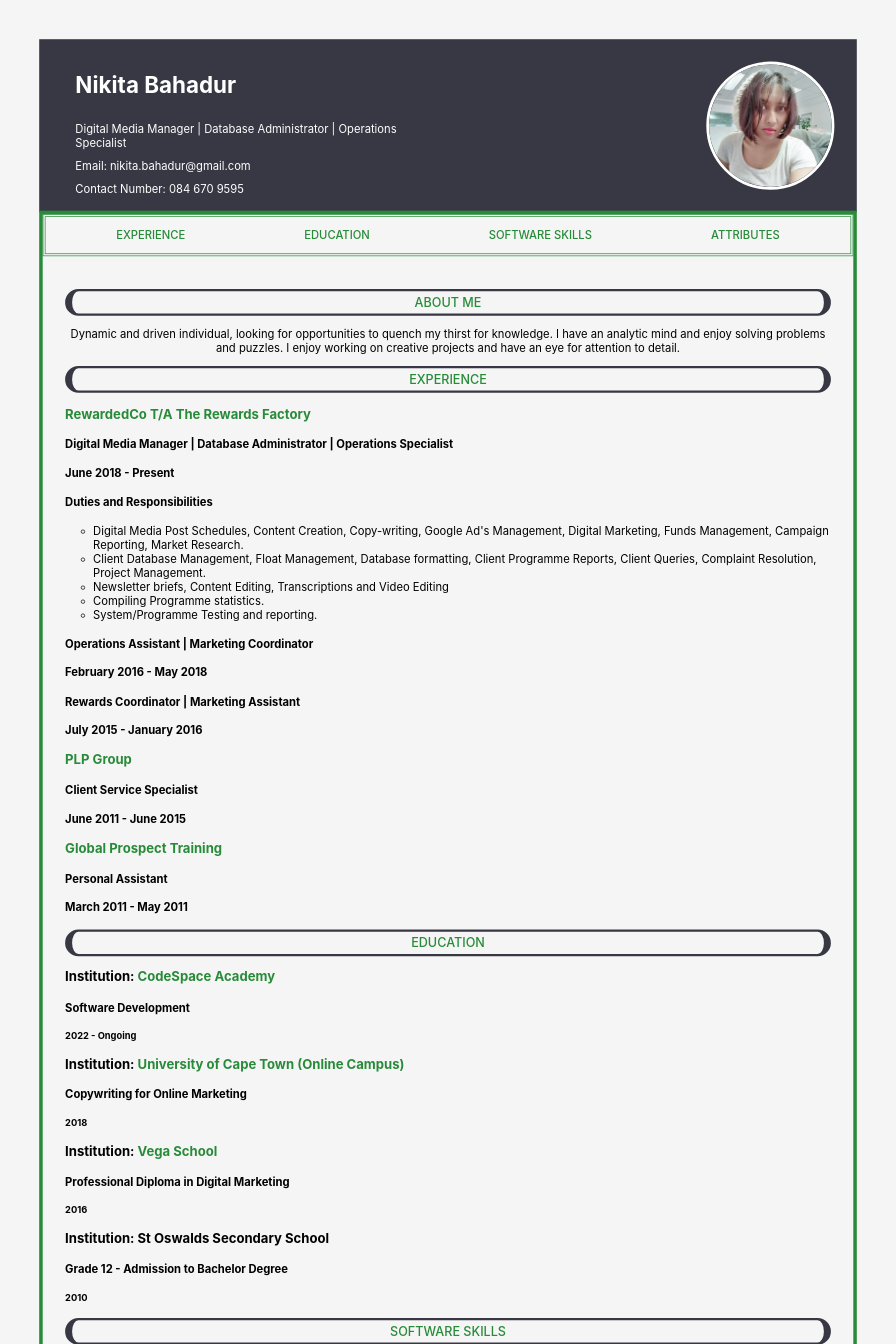
Repository: acidpixie/Resume-Example
Page: index.html
The author's editor kept a copy of each file at every save. The page is drawn from the files as they stood at one save, then again after the next save.
The browser window is 1280 px wide. The pictures show the part of the page from y = 0 to 1920 px (the page is 2664 px tall before and 2681 px after), at 70% of full size.

Above is the page before, as saved 2022-03-03 19:46:27.

### index.html
<!DOCTYPE html>
<html lang="en">
<head>
    <meta charset="UTF-8">
    <meta http-equiv="X-UA-Compatible" content="IE=edge">
    <meta name="viewport" content="width=device-width, initial-scale=1.0">
    <title>Resume 2</title>
    <link rel="stylesheet" type="text/css" href="css/stylesheet.css">
</head>

<header>

    <div class="Box">

    <img src="/images/displaypicture.jpg" alt="profile photo" id="ProfilePicture"></img>

    <ul class="InfoList">
    <li><h1>Nikita Bahadur</h1></li>
    <li>Digital Media Manager | Database Administrator | Operations Specialist</li>
    <li>Email: nikita.bahadur@gmail.com</li>
    <li>Contact Number: 084 670 9595</li>
    </ul>

    </div>

</header>

<body>

<section class="Content">

<div class="Nav">

        <a href="#Experience">Experience</a>
        <a href="#Education">Education</a>
        <a href="#Software">Software Skills</a>
        <a href="#Attributes">Attributes</a>

</div>


<main class="Main">

<h2>About Me</h2>

<p>Dynamic and driven individual, looking for opportunities to quench my thirst for knowledge.
    I have an analytic mind and enjoy solving problems and puzzles.
    I enjoy working on creative projects and have an eye for attention to detail.</p>

<h2 id='Experience'>Experience</h2>
<h3><a href="https://www.therewardsfactory.com/" target="_blank">RewardedCo T/A The Rewards Factory</a></h3>
<h4>Digital Media Manager | Database Administrator | Operations Specialist</h4>
<h4>June 2018 - Present</h4>
<h4>Duties and Responsibilities</h4>

<ul class="Lists">
    <li>Digital Media Post Schedules, Content Creation, Copy-writing, Google Ad's Management, Digital Marketing, Funds Management,
        Campaign Reporting, Market Research.</li>
    <li>Client Database Management, Float Management, Database formatting, Client Programme Reports, Client Queries, Complaint Resolution,
        Project Management.</li>
    <li>Newsletter briefs, Content Editing, Transcriptions and Video Editing</li>
    <li>Compiling Programme statistics.</li>
    <li>System/Programme Testing and reporting.</li>
</ul>

<h4>Operations Assistant | Marketing Coordinator</h4>
<h4>February 2016 - May 2018</h4>

<h4>Rewards Coordinator | Marketing Assistant</h4>
<h4>July 2015 - January 2016</h4>

<h3> <a href="https://www.plp.co.za" target="_blank">PLP Group</a></h3>
<h4>Client Service Specialist</h4>
<h4>June 2011 - June 2015</h4>

<h3> <a href="https://gptrainingsa.com" target="_blank">Global Prospect Training</a></h3>
<h4>Personal Assistant</h4>
<h4>March 2011 - May 2011</h4>

<h2 id="Education">Education</h2>
<h3>Institution: <a href="https://www.codespace.co.za/" target="_blank">CodeSpace Academy</a></h3>
<h4>Software Development</h4>
<h5>2022 - Ongoing</h5>

<h3>Institution: <a href="https://www.getsmarter.com/products/universities/university-of-cape-town" target="_blank">University of Cape Town (Online Campus)</a></h3>
<h4>Copywriting for Online Marketing</h4>
<h5>2018</h5>

<h3>Institution: <a href="https://www.vegaschool.com/" target="_blank">Vega School</a></h3>
<h4>Professional Diploma in Digital Marketing</h4>
<h5>2016</h5>

<h3>Institution: St Oswalds Secondary School</h3>
<h4>Grade 12 - Admission to Bachelor Degree</h4>
<h5>2010</h5>

<h2 id='Software'>Software Skills</h2>
<ul class="Lists">
    <li>Microsoft Office (Word/ Excel/ Powerpoint,etc)</li>
    <li>Adobe CS Suite (Photoshop/ Premiere/ Illustrator)</li>
    <li>Google Ad's/ Google Analytics/ Google Adsence</li>
    <li>Visual Studio Code / Adobe Brackets</li>
    <li>Github</li>
    <li>Slack</li>
</ul>

<h2>Interests</h2>
<ul class="Lists">
    <li>Image Editing and Graphics Design</li>
    <li>Writing Short Stories/ Poetry</li>
    <li>Reading (Fantasy/ Sci-Fi)</li>
    <li>Cosplay and Kpop</li>
    <li>Movies, Music and Gaming</li>
</ul>

<h2 id='Attributes'>Attributes</h2>
<ul class="Lists">
    <li>Strong written and verbal communication</li>
    <li>Conflict Resolution</li>
    <li>Innovative Thinker</li>
    <li>Team Player</li>
    <li>Self Motivated</li>
    <li>Dedicated</li>
    <li>Independent</li>
</ul>
</body>

</main>

</section>

<footer>
<a href="https://www.linkedin.com/in/nikita-bahadur-34b079a5/" target="_blank"><img src="/images/Linkedin.png" alt="linkedin" class="Icons"></img></a>
<a href="https://entropyensued.wordpress.com/" target="_blank"><img src="/images/blog.png" alt="blog" class="Icons"></img></a>

</footer>

</html>

### css/stylesheet.css
* { box-sizing: content-box;}

body{
    font-family: -apple-system, BlinkMacSystemFont, 'Segoe UI', Roboto, Oxygen, Ubuntu, Cantarell, 'Open Sans', 'Helvetica Neue', sans-serif;
    font: size 100px;
    background-color: whitesmoke;
    display: flex;
    flex-direction: column;
  }

  header {
    margin: 3rem;
    margin-bottom: -50px;
    background-color:#383844;
    color: #ffffff;
  }

  header a{
    color: #288b39;
  }

  footer {
    background-color: #383844;
    margin: 3rem;
    margin-top: -50px;
    display: flex;
    flex-direction: row-reverse;
  }

  /* styling navigation menu */
  .Nav {
    font-size: medium;
    font-weight: 500;
    font-stretch: 3rem;
    display: flex;
    justify-content: space-around;
    flex-basis: auto;
    padding: 1rem;
    border: 4px double #288b39;
    border-width: auto;
  }

  .Nav a {
    color: #288b39;
  }

  .Main {
    margin: 1rem;
    padding: 1rem;
  }

  p {
    text-align: center;
  }


  h2 {
    border-style: solid;
    border-width: 3px;
    border-left-width: 10px;
    border-right-width: 10px;
    border-color: #383844;
    border-radius: 30px 30px 30px 30px;
    text-align: center;
  }

  h2 {
    padding: 0.5% 0 0.5% 0;
    color: #288b39;
    font-size: large;
    font-weight: 500;
    text-transform: uppercase;
  }

  h3 a{
    text-decoration: none;
    color: #288b39;
  }


  .Icons {
    display: flex;
    width: 40px;
    margin: 40px;
    height: auto;
  }

.Box {
  display: flex;
  justify-content:space-between;
  flex-direction: row-reverse;
  }

.InfoList {
  margin: 1% 30% 1% 1%;
  list-style-type: none;
  display: flex;
  flex-direction: column;
  align-items: flex-start;
  text-align: left;
  justify-content: space-evenly;
  }

#ProfilePicture {
  display: flex;
  width: 15%;
  height: 15%;
  border-radius: 50%;
  border: 4px solid white;
  margin: 2rem;
}

.Content {
  margin: 3rem;
  border: 5px solid #288b39;
}

.Nav a{
  text-decoration: none;
  text-transform: uppercase;
}

.Lists {
  list-style-type: circle;
}

After the next save:
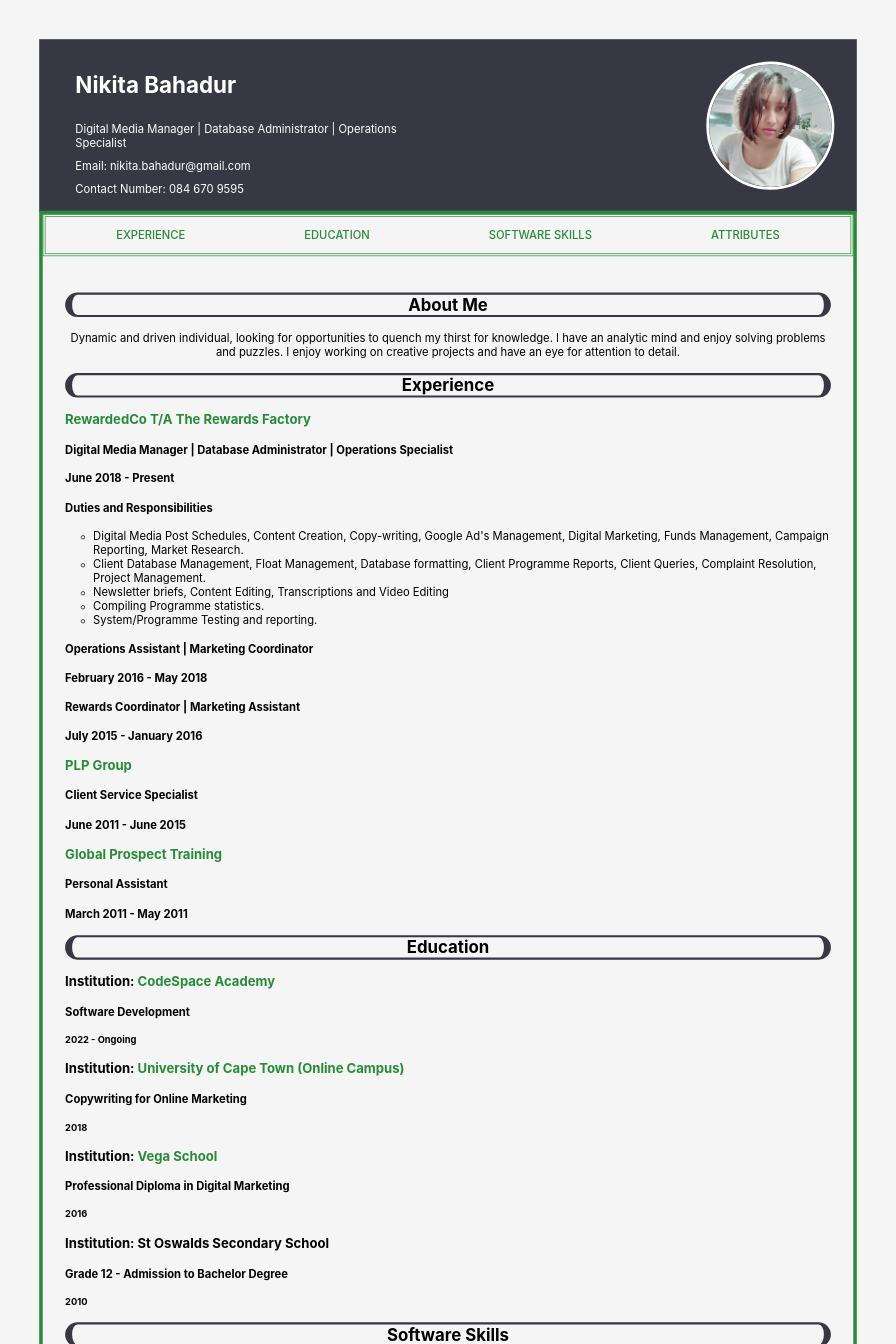
Saved 76 s later.
--- a/css/stylesheet.css
+++ b/css/stylesheet.css
@@ -40,6 +40,7 @@
     border-width: auto;
   }
 
+  /* styling link tags in navigation menu */
   .Nav a {
     color: #288b39;
   }
@@ -64,13 +65,7 @@
     text-align: center;
   }
 
-  h2 {
-    padding: 0.5% 0 0.5% 0;
-    color: #288b39;
-    font-size: large;
-    font-weight: 500;
-    text-transform: uppercase;
-  }
+
 
   h3 a{
     text-decoration: none;

After the save that followed:
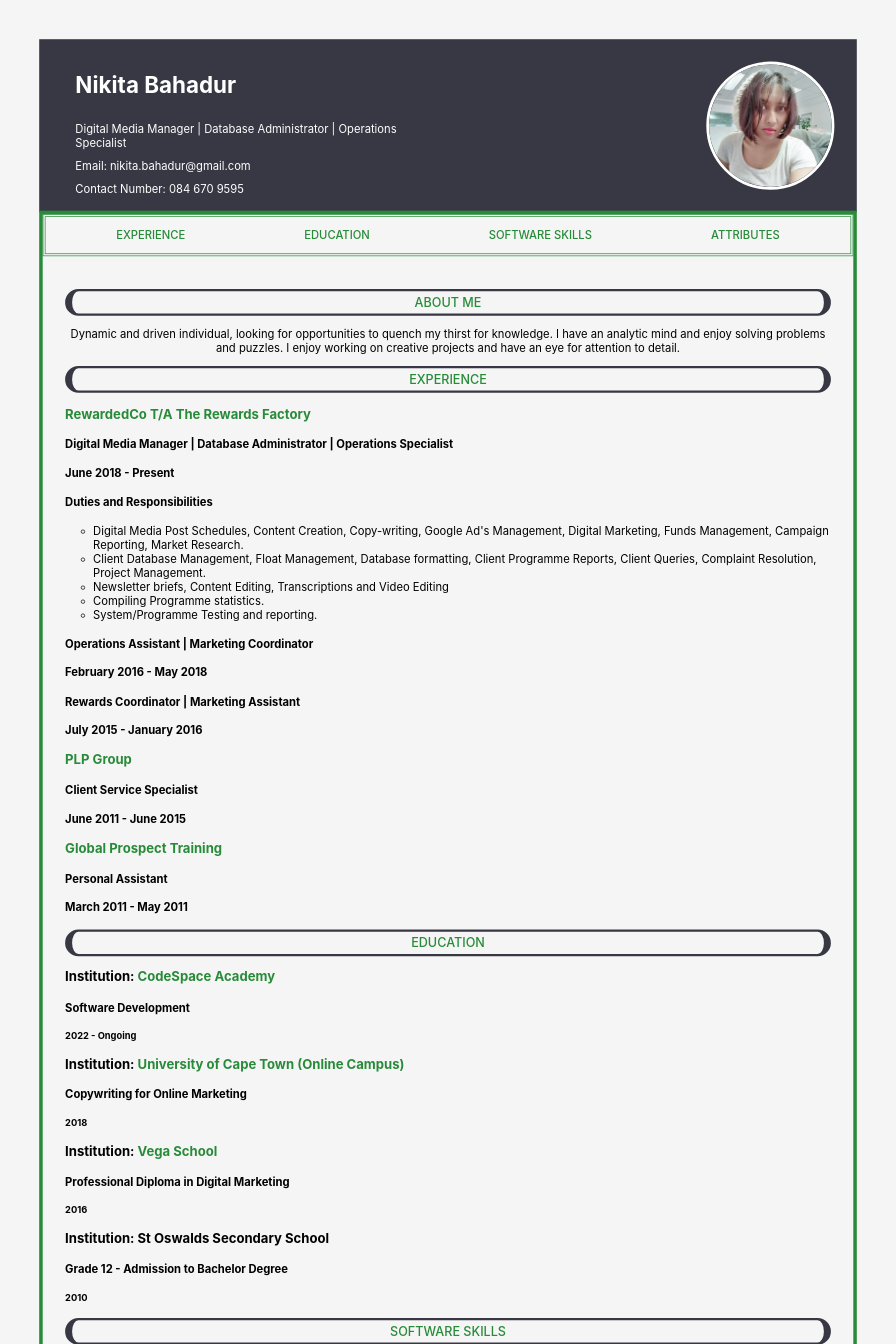
Saved 54 s later.
--- a/css/stylesheet.css
+++ b/css/stylesheet.css
@@ -63,6 +63,11 @@
     border-color: #383844;
     border-radius: 30px 30px 30px 30px;
     text-align: center;
+    padding: 0.5% 0 0.5% 0;
+    color: #288b39;
+    font-size: large;
+    font-weight: 500;
+    text-transform: uppercase
   }
 
 
